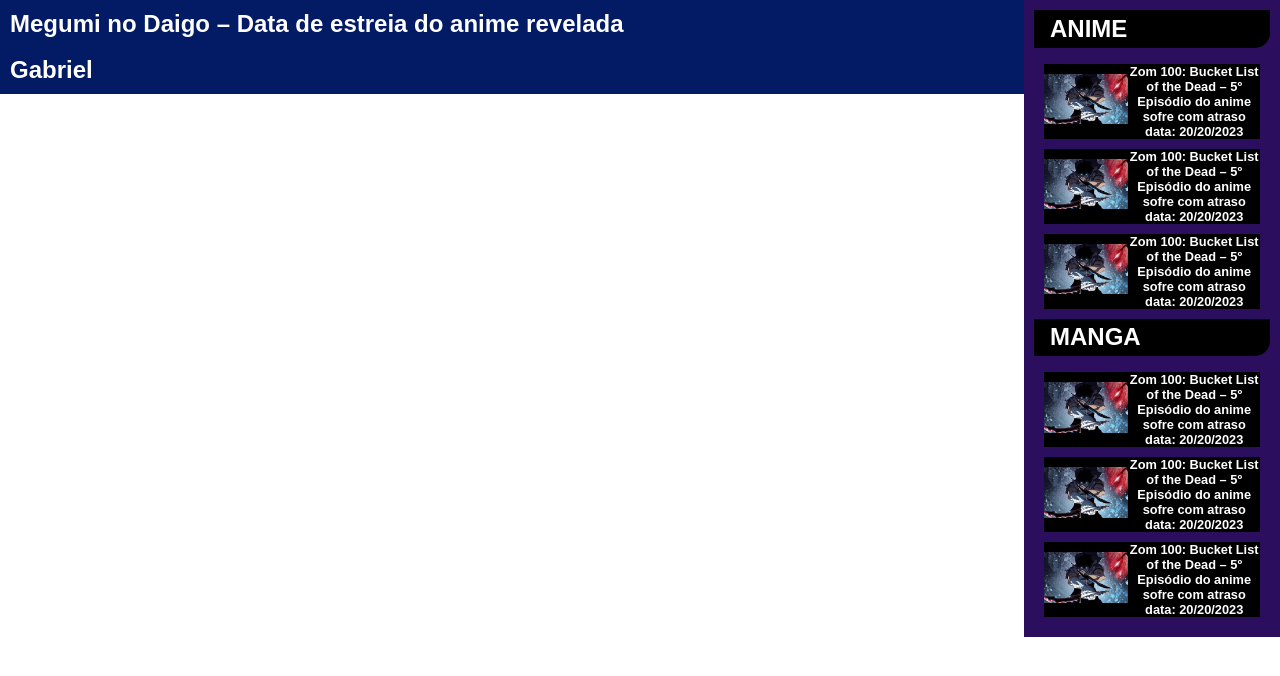
Repository: GabriellShi/blog-anime
Page: a-noticia.html
These files come from the project's save history. The page is drawn as it stood at one moment and after the next save; the edit follows.
The browser window is 1280 px wide. The pictures show the whole page.

Above is the page before, as saved 2023-08-03 22:56:00.

### a-noticia.html
<!DOCTYPE html>
<html lang="en">
<head>
    <meta charset="UTF-8">
    <meta name="viewport" content="width=device-width, initial-scale=1.0">
    <link rel="stylesheet" href="/styles.css">
    <title>Noticia</title>
</head>
<body>
    <section class="lado-esquerdo-pai">
        <div><h1>Megumi no Daigo – Data de estreia do anime revelada</h1></div>

        <div>
            <div>
                <img src="" alt="">
                <h2>Gabriel</h2>
            </div>
            <div></div>
        </div>
    </section>
    <section class="lado-direito-pai">
        <h1 class="titulo-destaque-index">ANIME</h1>

        <ul>
            <li class="lado-esquerdo-neto1 lado-direito-neto1">
                <div>
                    <img src="/img/solo.jpeg" alt="Capa Notica">
                </div>
                <div>
                    <h1>Zom 100: Bucket List of the Dead – 5º Episódio do anime sofre com atraso</h1>
                    <h3>data: 20/20/2023</h3>
                </div>

            </li>
        </ul>

        <ul>
            <li class="lado-esquerdo-neto1 lado-direito-neto1">
                <div>
                    <img src="/img/solo.jpeg" alt="Capa Notica">
                </div>
                <div>
                    <h1>Zom 100: Bucket List of the Dead – 5º Episódio do anime sofre com atraso</h1>
                    <h3>data: 20/20/2023</h3>
                </div>

            </li>
        </ul>

        <ul>
            <li class="lado-esquerdo-neto1 lado-direito-neto1">
                <div>
                    <img src="/img/solo.jpeg" alt="Capa Notica">
                </div>
                <div>
                    <h1>Zom 100: Bucket List of the Dead – 5º Episódio do anime sofre com atraso</h1>
                    <h3>data: 20/20/2023</h3>
                </div>

            </li>
        </ul>

        <h1 class="titulo-destaque-index">MANGA</h1>

        <ul>
            <li class="lado-esquerdo-neto1 lado-direito-neto1">
                <div>
                    <img src="/img/solo.jpeg" alt="Capa Notica">
                </div>
                <div>
                    <h1>Zom 100: Bucket List of the Dead – 5º Episódio do anime sofre com atraso</h1>
                    <h3>data: 20/20/2023</h3>
                </div>

            </li>
        </ul>

        <ul>
            <li class="lado-esquerdo-neto1 lado-direito-neto1">
                <div>
                    <img src="/img/solo.jpeg" alt="Capa Notica">
                </div>
                <div>
                    <h1>Zom 100: Bucket List of the Dead – 5º Episódio do anime sofre com atraso</h1>
                    <h3>data: 20/20/2023</h3>
                </div>

            </li>
        </ul>

        <ul>
            <li class="lado-esquerdo-neto1 lado-direito-neto1">
                <div>
                    <img src="/img/solo.jpeg" alt="Capa Notica">
                </div>
                <div>
                    <h1>Zom 100: Bucket List of the Dead – 5º Episódio do anime sofre com atraso</h1>
                    <h3>data: 20/20/2023</h3>
                </div>

            </li>
        </ul>

    </section>
</body>
</html>

### styles.css
/*defini os estilos gerais da página, como fundo e cores de texto */

* {
    list-style: none;
    margin: 0;
    padding: 0;
    font-family: Arial, sans-serif;
    box-sizing: border-box;
}

/* ------------**Estilização da pagina Index**---------- */


  /* ----**Estilização lado esquerdo da pagina */

  /* define os estilos das seções pai */
  .lado-esquerdo-pai,
  .lado-direito-pai {
    box-sizing: border-box;
    padding: 10px;
    color:  white;
    background-color: aqua;

    /* ajusta a altura para ocupar toda a altura da janela */
  }

  /* defini os estilos do lado esquerdo */
  .lado-esquerdo-pai {
    float: left;
    width: 80%;
    background-color: #031a64;
  }

  /* defini os estilos do lado direito */
  .lado-direito-pai {
    float: left;
    width: 20%;
    background-color: #2c0e5e;
  }

  /* Limpar floats após as seções */
  .clearfix::after {
    content: "";
    display: table;
    clear: both;
  }

  /* estilizando os titulos das divs maiores. Definindo margens, padding e cor de fundo */
.titulo-destaque-index {
  background-color: black;
  border-radius: 0px 0px 15px 0px;
  padding: 0.3rem;
  padding-left: 1rem;
  margin-bottom: 1rem;
}

  /* estiliza a lista para ficar resposivo e um ao lado do outro com display flex  */
  .lado-esquerdo-filho1 {
    display: flex;
    flex-wrap: wrap;
    justify-content: center;
    margin-bottom: 2rem;
  }

/*   Estiliza as listas netos a terem uma largura fixam margin e a coloração do fundo */
  .lado-esquerdo-neto1 {
    background-color: black;
    flex: 1;
    min-width: 10rem; /* Defina a largura mínima que deseja para cada div item */
    max-width: 50rem;
    margin: 10px;
    text-align: center;
  }

  /* Definindo o tamanho da fonte do titulo h1 do neto do lado esquerdo  */
  .lado-esquerdo-neto1 h1 {
    font-size: 1rem;
  }

    /* Definindo o tamanho da fonte do titulo h1 do neto do lado esquerdo  */
    .lado-esquerdo-neto1 p {
      font-size: 0.8rem;
    }

  /* estiliza o lado esquerdo filho 2 com fundo, remoção da lista e com display flex */
  .lado-esquerdo-filho2 {
    display: flex;
    background-color: gray;
  }

/*   estiliza o lado esquerdo neto 2 com uma padding interno na lateral esquerda  */
  .lado-esquerdo-neto2 {
    padding-left: 1rem;
  }


  /* ----**Estilização lado direito da pagina */

.lado-direito-neto1 {
  display: flex;
  align-items: center;
}

.lado-direito-neto1 img {
  width: 100%;

}

.lado-direito-neto1 h1, h3 {
  font-size: 0.8rem;
}








/* -------------** Resposividade para Mobile e tablet ** ---------------- */

  /* Responsividade da pagina para aparelhos abaixo de 826 pixels */
  @media (max-width: 826px) {

    /* retirando o display flex da div e centralizando o texto e imagem */
    .lado-esquerdo-filho2 {
      display: grid;
      text-align: center;
    }

    /* tirando a coluna do lado direito da pagina */
    .lado-direito-pai {
      display: none;
    }

    /* deixando a coluna do lado esquerdo da pagina com 100% do espaço */
    .lado-esquerdo-pai{
      width: 100%;
    }
  }

After the next save:
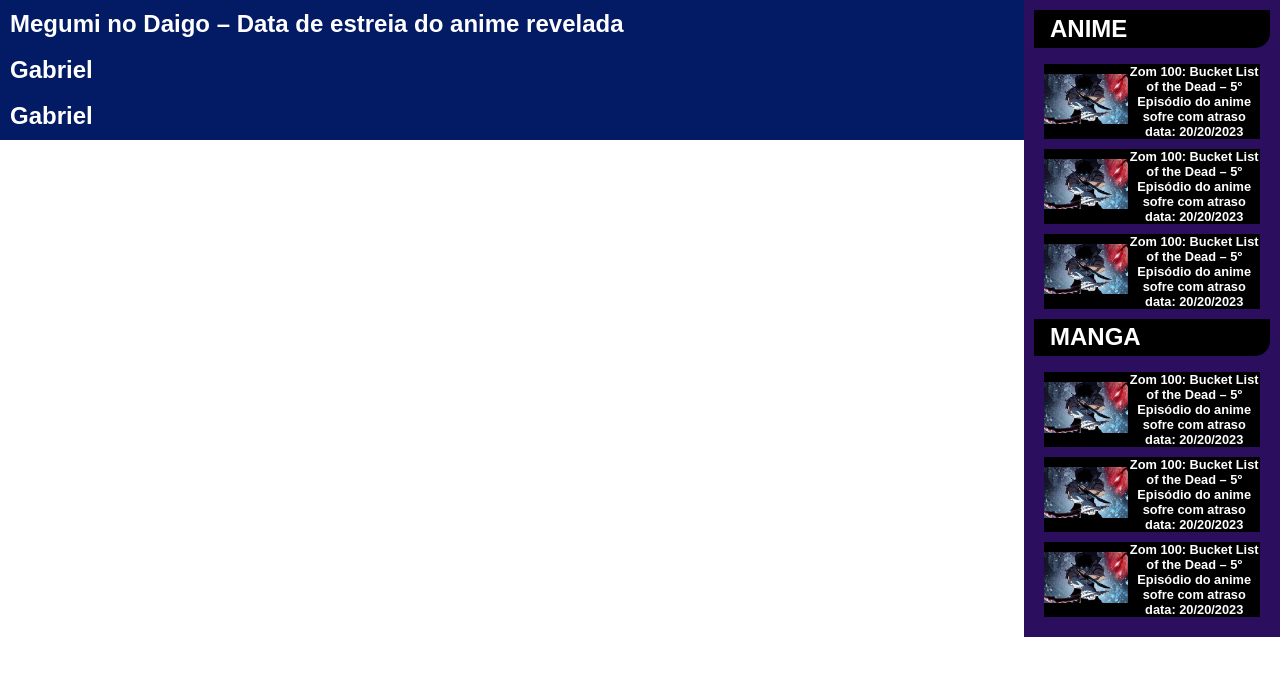
Saved 13 s later.
--- a/a-noticia.html
+++ b/a-noticia.html
@@ -15,7 +15,10 @@
                 <img src="" alt="">
                 <h2>Gabriel</h2>
             </div>
-            <div></div>
+            <div>
+                <img src="" alt="">
+                <h2>Gabriel</h2>
+            </div>
         </div>
     </section>
     <section class="lado-direito-pai">
